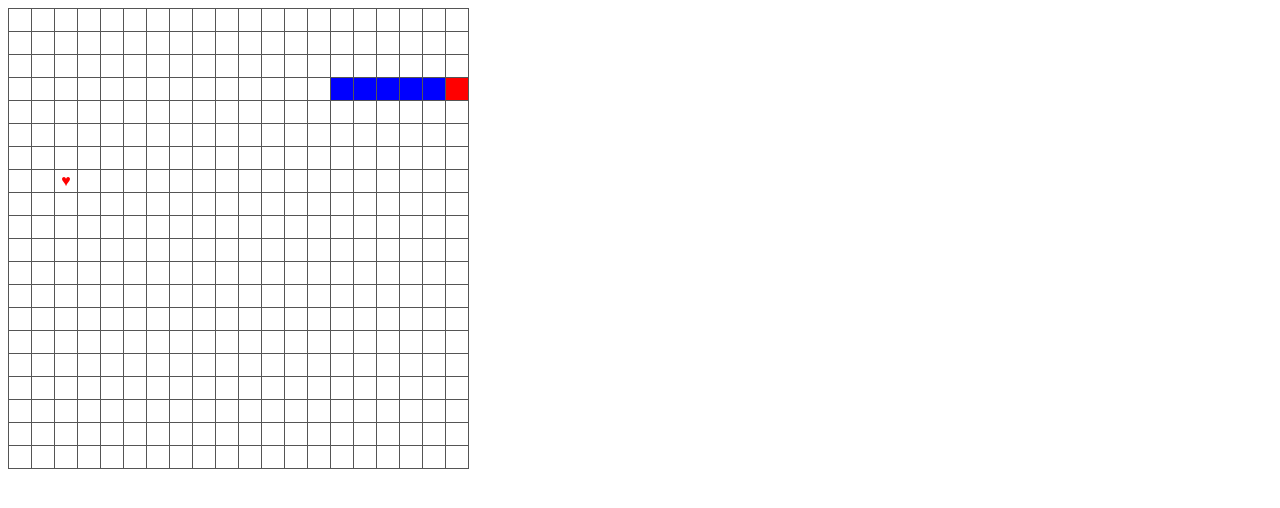
Repository: ycsheng/Games
Page: 01_snake/index.html
The author's editor kept a copy of each file at every save. The page is drawn from the files as they stood at one save, then again after the next save.
The browser window is 1280 px wide. The pictures show the whole page.

Above is the page before, as saved 2021-09-18 17:02:19.

### 01_snake/index.html
<!DOCTYPE html>
<html lang="zh">
<head>
  <meta charset="UTF-8">
  <meta http-equiv="X-UA-Compatible" content="IE=edge">
  <meta name="viewport" content="width=device-width, initial-scale=1.0">
  <title>Document</title>
  <style>
    table {
      border-collapse: collapse;
      border: 1px solid #333
    }
    td {
      width: 20px;
      height: 20px;
      color: red;
      text-align: center;
      border: 1px solid #555;
    }
  </style>
</head>
<body>
  <div id="app"></div>
  <script src="./js/Game.js"></script>
  <script src="./js/Snake.js"></script>
  <script src="./js/Food.js"></script>
  <script>
    var game = new Game();
  </script>
</body>
</html>

### 01_snake/js/Game.js
/*
  1. 在构造函数中创建一个空对象
  2. 将执行上下文指向这个空对象
  3. 执行里面的所有函数
  4. 执行完成后，返回对象
*/
function Game() {
  // 创建表格
  this.row = 20;  // 行数
  this.col = 20;  //列数
  // 初始化节点
  this.init();
  // 实例化蛇类
  this.snake = new Snake();
  // 执行定时器任务
  this.start();
  // 键盘的事件监听
  this.bindEvent();
  // 食物位置
  this.food = new Food(this);

  // this.snake.render();
}
// 舞台设计
Game.prototype.init = function() {
  this.dom = document.createElement("table");
  var tr, td;
  // 遍历行和列上树
  for(var i = 0; i < this.row; i++) {
    // 遍历行，创建节点上树
    tr = document.createElement("tr");
    for(var j = 0; j < this.col; j++) {
      // 遍历列，创建节点上树
      td = document.createElement("td");
      tr.appendChild(td)
    }
    // 追加节点上树
    this.dom.appendChild(tr);
  }
  // 表格上树
  document.getElementById("app").appendChild(this.dom)
}

// 清屏方法
Game.prototype.clear = function() {
  // 遍历表格，擦除画布
  for(var i = 0; i < this.row; i++) {
    for(var j = 0; j < this.col; j++) {
      this.dom.getElementsByTagName("tr")[i].getElementsByTagName("td")[j].style.background = "white"
      this.dom.getElementsByTagName("tr")[i].getElementsByTagName("td")[j].innerHTML = ""
    }
  }
}

// 设置颜色的方法
Game.prototype.setColor = function(row, col, color) {
  // 让表格的第几行，第几列设置颜色的方法
  this.dom.getElementsByTagName("tr")[row].getElementsByTagName("td")[col].style.background = color;
}

// 渲染食物
Game.prototype.setHTML = function(row, col, html) {
  this.dom.getElementsByTagName("tr")[row].getElementsByTagName("td")[col].innerHTML = html;
}

// 设置键盘的事件监听
Game.prototype.bindEvent = function() {
  var self = this;
  // 键盘事件
  document.onkeydown = function(event) {
    console.log(event.keyCode);
    // 39 40 37 38
    switch(event.keyCode) {
      case 39:
        if(self.snake.direction == "L") return;
        // self.snake.direction = "R";
        self.snake.changeDirection("R");
        break;
      case 40:
        if(self.snake.direction == "T") return;
        // self.snake.direction = "D";
        self.snake.changeDirection("D");
        break;
      case 37:
        if(self.snake.direction == "R") return;
        // self.snake.direction = "L";
        self.snake.changeDirection("L");
        break;
      case 38:
        if(self.snake.direction == "D") return;
        // self.snake.direction = "T";
        self.snake.changeDirection("T");
        break;
    }
  }
}

// 定时器
Game.prototype.start = function() {
  // 帧编号
  this.f = 0;
  this.timer = setInterval(function() {
    // 定时器里面的核心就是游戏的渲染本质，清屏-更新-渲染
    game.f++;
    // 清除屏幕，解决蛇会边长但不运动
    game.clear();

    // 蛇的运动,蛇变长时，速度加快
    var during = game.snake.body.length < 30 ? 30 - game.snake.body.length : 1;
    game.f % during == 0 && game.snake.update();

    // 渲染蛇
    game.snake.render();
    // 渲染食物
    game.food.render();
  }, 10)
}

### 01_snake/js/Snake.js
function Snake() {
  // 蛇的初始化身体
  this.body  = [
    {"row": 3, "col": 8},
    {"row": 3, "col": 7},
    {"row": 3, "col": 6},
    {"row": 3, "col": 5},
    {"row": 3, "col": 4},
    {"row": 3, "col": 3},
    {"row": 3, "col": 2},
  ];
  // 信号量，设置的运动方向
  this.direction = "R";
  // 即将改变的方向，目的是为例防止出现原地掉头的情况
  this.willDirection = "R"
}

// 蛇的运动
Snake.prototype.update = function() {
  // 当前的direction接收一个willDirection
  this.direction = this.willDirection;

  // 头部
  // this.body.unshift({"row": this.body[0].row, "col": this.body[0].col + 1});
  // 蛇的不容方向的运动
  switch(this.direction) {
    case "R": // 右
      this.body.unshift({"row": this.body[0].row, "col": this.body[0].col + 1});
      break;
    case "D": // 下
      this.body.unshift({"row": this.body[0].row + 1, "col": this.body[0].col});
      break;
    case "L": // 左
      this.body.unshift({"row": this.body[0].row, "col": this.body[0].col - 1});
      break;
    case "T": // 上
      this.body.unshift({"row": this.body[0].row - 1, "col": this.body[0].col});
      break;
  }
  // 死亡的判定--越界
  if(this.body[0].row > game.row - 1 || this.body[0].col > game.col - 1 || this.body[0].row < 0 || this.body[0].col < 0) {
    alert("gameover");
    this.body.shift();
    clearInterval(game.timer);
  }
  // 蛇撞到了自己
  for(var i = 1; i < this.body.length; i++) {
    if(this.body[0].row == this.body[i].row && this.body[0].col == this.body[i].col) {
      alert("gameover");
      this.body.shift();
      clearInterval(game.timer);
    }
  }
  // 蛇吃食物
  if(this.body[0].row == game.food.row &&　this.body[0].col == game.food.col) {
    game.food = new Food(game);
  } else {
    // 尾部减一，尾部不删就代表增加
    this.body.pop();
  }

}

// 蛇的方向改变，防止在一次渲染之前会出现掉头的情况
Snake.prototype.changeDirection = function(next) {
  this.willDirection = next;
}

/*
  Snake的render谁来调用？如果Snake自己的构造函数调用得不到game
  因为Game类还没有执行完四步走
  解决方案：定时器，异步
*/
Snake.prototype.render = function() {
  // 蛇头的渲染
  game.setColor(this.body[0].row, this.body[0].col, "red");
  // 蛇身体的渲染
  for(var i = 1; i < this.body.length; i++) {
    game.setColor(this.body[i].row, this.body[i].col, "blue")
  }
}

### 01_snake/js/Food.js
function Food(gameSnake) {
  var self = this;
  // 食物的位置
  // 先创建一个row和col，然后判断这个row和col是否在蛇的身上
  do{
    this.row = parseInt(Math.random() * gameSnake.row);
    this.col = parseInt(Math.random() * gameSnake.col);
  }while ((function() {
    // 遍历蛇的row和col，
    for(var i = 0; i < gameSnake.snake.body.length; i++) {
      if(gameSnake.snake.body[i].row == self.row && gameSnake.snake.body[i].col == self.col) {
        return true;
      }
      return false;
    }
  })())
}

Food.prototype.render = function() {
  game.setHTML(this.row, this.col, "♥");
}

After the next save:
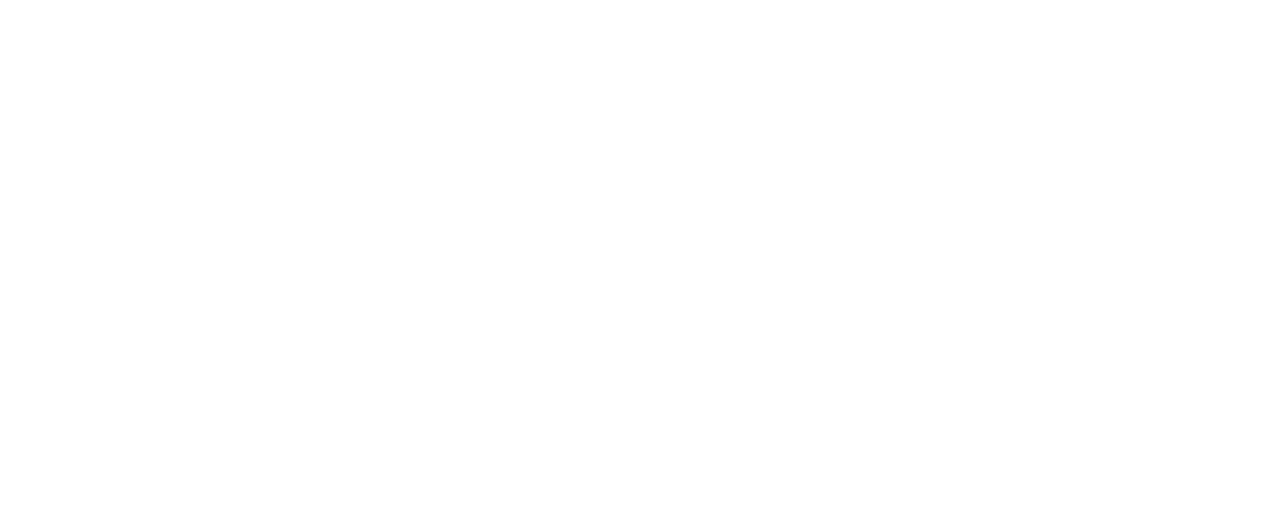
Console error: SyntaxError: Invalid left-hand side in assignment
Saved 76 s later.
--- a/01_snake/js/Game.js
+++ b/01_snake/js/Game.js
@@ -107,7 +107,7 @@
 
     // 蛇的运动,蛇变长时，速度加快
     var during = game.snake.body.length < 30 ? 30 - game.snake.body.length : 1;
-    game.f % during == 0 && game.snake.update();
+    game.f % during = 0 && game.snake.update();
 
     // 渲染蛇
     game.snake.render();

After the save that followed:
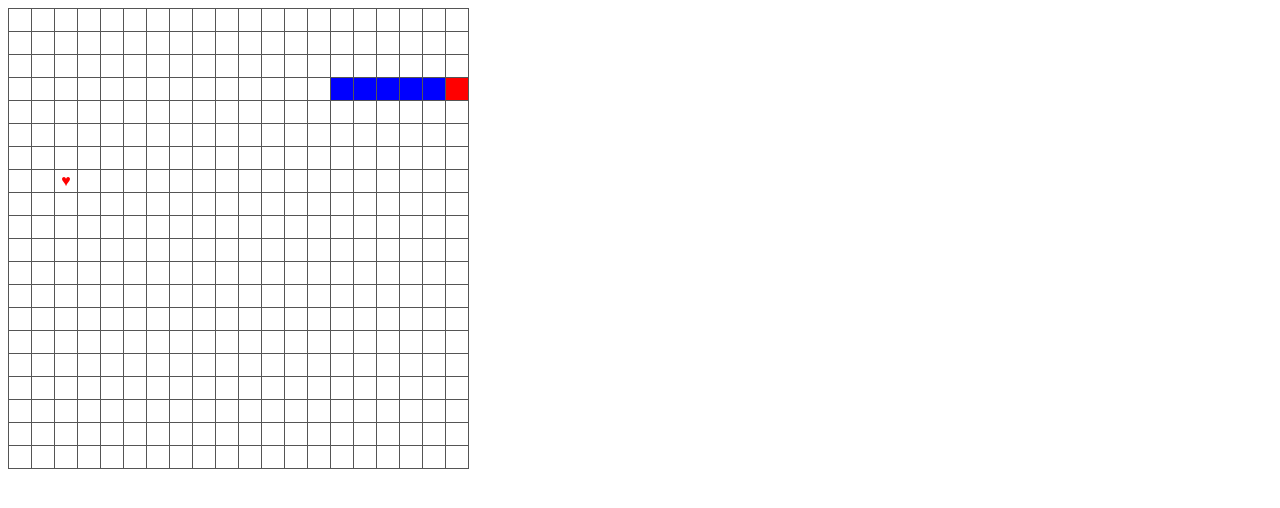
The error is gone.
Saved 2 min 22 s later.
--- a/01_snake/js/Game.js
+++ b/01_snake/js/Game.js
@@ -107,11 +107,11 @@
 
     // 蛇的运动,蛇变长时，速度加快
     var during = game.snake.body.length < 30 ? 30 - game.snake.body.length : 1;
-    game.f % during = 0 && game.snake.update();
+    game.f % during == 0 && game.snake.update();
 
     // 渲染蛇
     game.snake.render();
     // 渲染食物
     game.food.render();
-  }, 10)
+  }, 1)
 }
